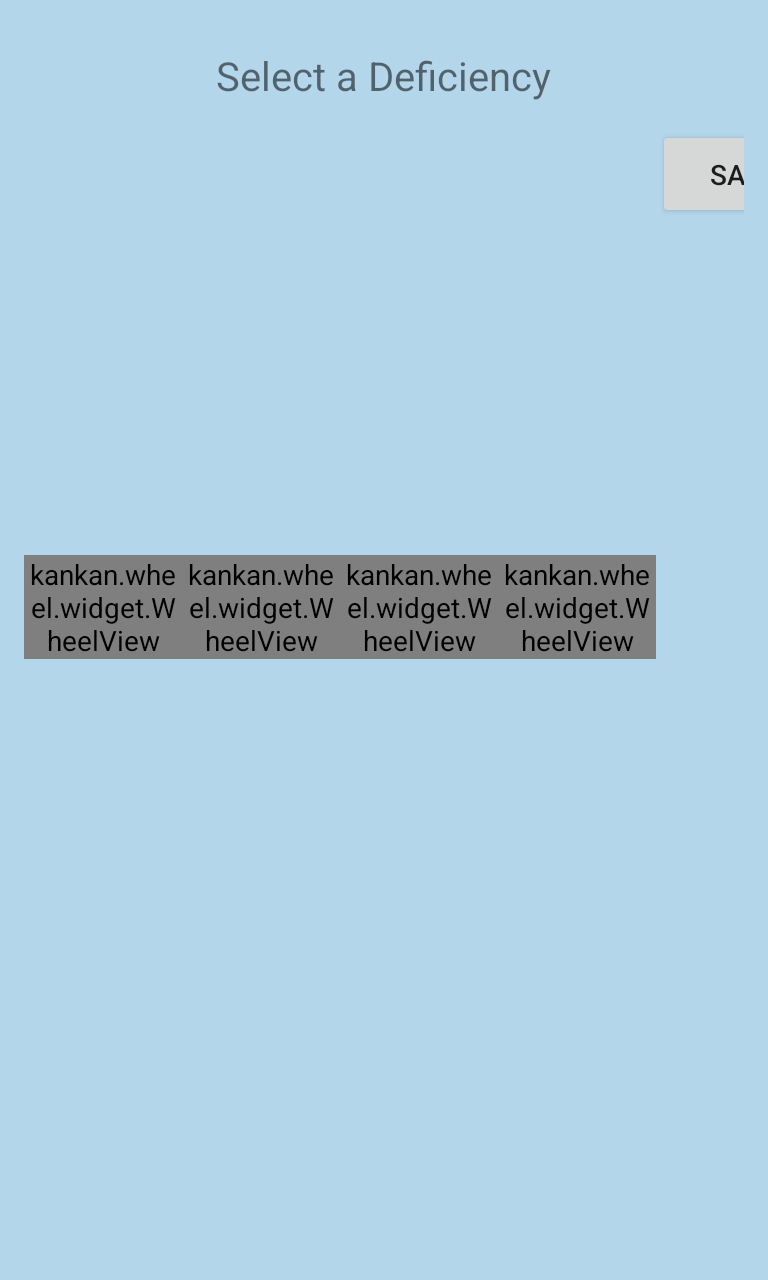
Repository: TheDizzler/shiny-octo-robot
Layout: Qdap/res/layout/fragment_def_wheel.xml
The author's editor kept a copy of each file at every save. The layout is drawn from the files as they stood at one save, then again after the next save.
Pictures or frames that could not be fetched are drawn as grey boxes. It is drawn on a 768 x 1280 px phone screen (xhdpi) without system bars, with theme AppTheme; the app's code is not run.

Above is the layout before, as saved 2014-05-16 02:20:56.

After the next save:
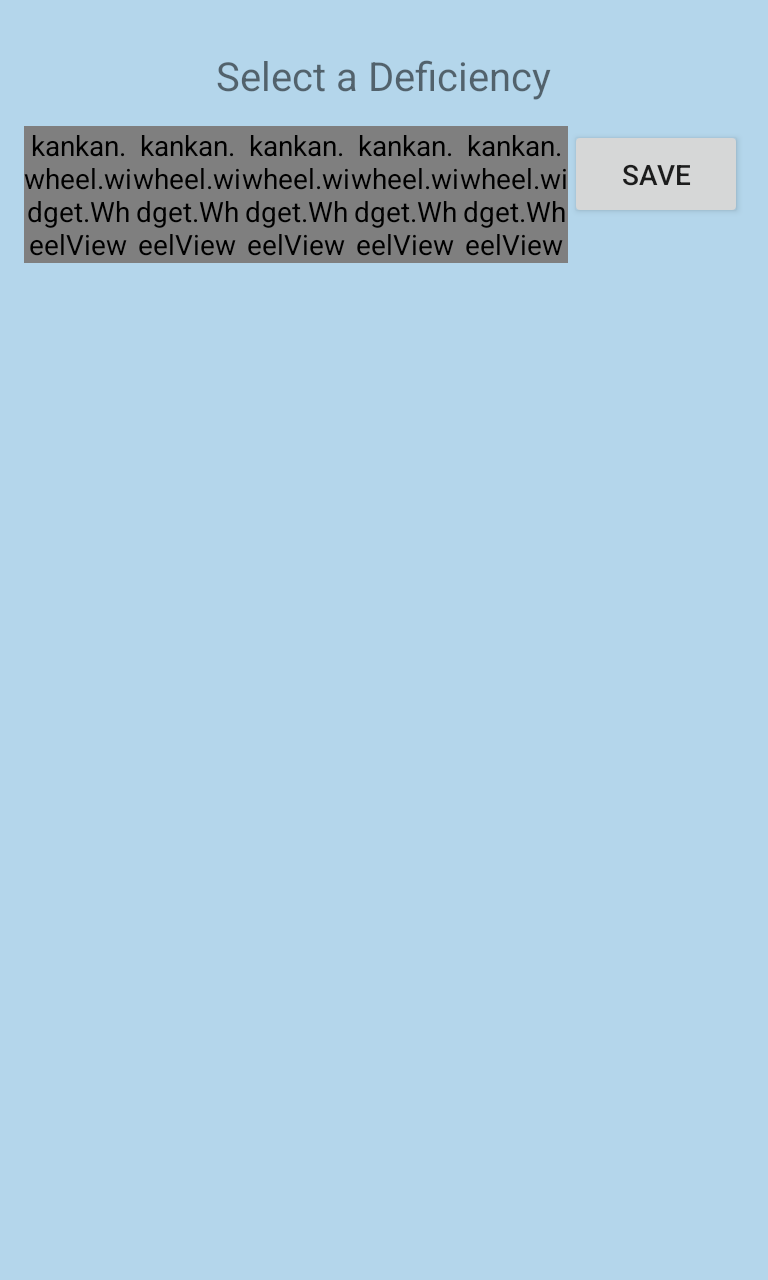
Saved 6 s later.
--- a/Qdap/res/layout/fragment_def_wheel.xml
+++ b/Qdap/res/layout/fragment_def_wheel.xml
@@ -59,7 +59,7 @@
             android:layout_width="0dp"
             android:layout_height="wrap_content"
             android:layout_gravity="center_vertical"
-            android:layout_weight="2" />
+            android:layout_weight="1" />
 
         <Button
             android:id="@+id/button1"
